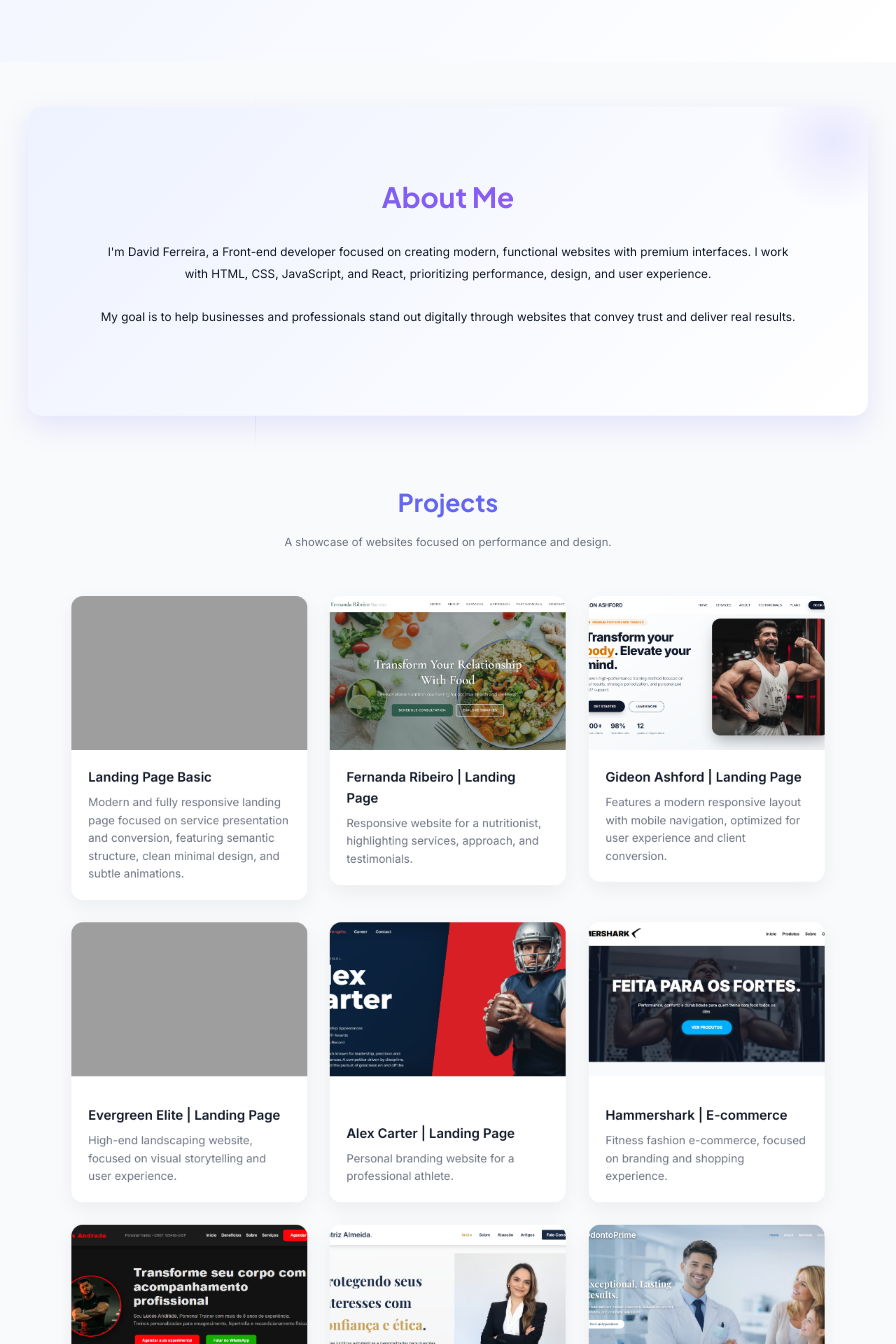
Repository: davidfsillva/portifolio
Page: index.html
An editor plug-in stored every save of this project. The page is shown before and after a run of saves, followed by the edit.
The browser window is 1280 px wide. The pictures show the part of the page from y = 632 to 2552 px (the page is 3843 px tall), at 70% of full size.
Pictures or frames that could not be fetched are drawn as grey boxes.

Above is the page before, as saved 2026-02-21 18:31:04.
Console error: TypeError: Cannot read properties of null (reading 'addEventListener')

### index.html
<!DOCTYPE html>
<html lang="en">
<head>
    <meta charset="UTF-8">
    <meta name="viewport" content="width=device-width, initial-scale=1.0">

    <title>David Ferreira | Front-end Developer & Premium UI Designer</title>

    <!-- Primary SEO -->
    <meta name="description" content="David Ferreira is a front-end developer specialized in premium interfaces, high-conversion landing pages, and modern digital experiences.">
    <meta name="keywords" content="Front-end Developer, Web Designer, UI Designer, Landing Page, Web Development, Freelancer Brazil">
    <meta name="author" content="David Ferreira">
    <meta name="robots" content="index, follow">
    <link rel="canonical" href="https://davidfsillva.github.io/portifolio/">

    <!-- Open Graph (Facebook, LinkedIn) -->
    <meta property="og:title" content="David Ferreira | Premium Front-end Developer">
    <meta property="og:description" content="High-standard digital interfaces focused on performance and conversion.">
    <meta property="og:image" content="https://yourdomain.com/preview.jpg">
    <meta property="og:url" content="https://davidfsillva.github.io/portifolio/">
    <meta property="og:type" content="website">

    <!-- Twitter Card -->
    <meta name="twitter:card" content="summary_large_image">
    <meta name="twitter:title" content="David Ferreira | Web Developer">
    <meta name="twitter:description" content="Premium web development focused on performance and modern design.">
    <meta name="twitter:image" content="https://yourdomain.com/preview.jpg">

    <!-- Favicon -->
    <link rel="icon" href="img/icon.png" type="image/x-icon">

    <!-- Fonts -->
    <link href="https://fonts.googleapis.com/css2?family=Inter:wght@300;400;600&family=Plus+Jakarta+Sans:wght@700;800&display=swap" rel="stylesheet">

    <!-- Font Awesome -->
    <link rel="stylesheet" href="https://cdnjs.cloudflare.com/ajax/libs/font-awesome/6.5.0/css/all.min.css" integrity="sha512-..." crossorigin="anonymous" referrerpolicy="no-referrer" />

    <link rel="stylesheet" href="style.css">
</head>

<body>

    <!-- NAVBAR -->
    <nav class="navbar">
        <div class="logo"><a href="#">David | Web Developer<span>.</span></a></div>

        <ul class="nav-links">
            <li><a href="#about">About</a></li>
            <li><a href="#portfolio">Projects</a></li>
            <li><a href="#contact" class="btn-sm">Contact</a></li>
        </ul>
    </nav>

    <!-- HERO -->
    <section class="hero">
        <div class="hero-content">
            <h1>Creating high-level digital <span> with code experiences</span></h1>
            <p>Front-end developer specialized in high-standard interfaces and landing pages focused on results.</p>
            <div class="hero-btns">
                <a href="#portfolio" class="btn-primary">See Projects</a>
                <a href="#contact" class="btn-secondary">Let's Talk</a>
            </div>
        </div>
        <div class="hero-visual">
            <div class="hero-glow"></div>
        </div>
    </section>

    <!-- ABOUT -->
    <section id="about" class="section">
        <h2>About Me</h2>
        <p>I'm David Ferreira, a Front-end developer focused on creating modern, functional websites with premium interfaces. I work with HTML, CSS, JavaScript, and React, prioritizing performance, design, and user experience.</p>
        <p>My goal is to help businesses and professionals stand out digitally through websites that convey trust and deliver real results.</p>
    </section>

    <!-- PORTFOLIO -->
    <section id="portfolio" class="portfolio">
        <div class="section-header">
            <h2>Projects</h2>
            <p>A showcase of websites focused on performance and design.</p>
        </div>
        <div class="portfolio-grid">

                                    <!--Project 10-->
            <a href="https://davidfsillva.github.io/Jason-Brooks/" target="_blank" class="project-link">
                <div class="project-card">
                    <div class="card-image">
                        <img src="img/" alt="Gideon Ashford">
                        <div class="card-overlay"><span>View Details</span></div>
                    </div>
                    <div class="card-info">
                        <h3>Landing Page Basic</h3>
                        <p>Modern and fully responsive landing page focused on service presentation and conversion, featuring semantic structure, clean minimal design, and subtle animations.</p>
                    </div>
                </div>
            </a>

                                    <!--Project 9-->
            <a href="https://davidfsillva.github.io/Fernanda-Ribeiro/" target="_blank" class="project-link">
                <div class="project-card">
                    <div class="card-image">
                        <img src="img/nutri.png" alt="Gideon Ashford">
                        <div class="card-overlay"><span>View Details</span></div>
                    </div>
                    <div class="card-info">
                        <h3>Fernanda Ribeiro | Landing Page</h3>
                        <p>Responsive website for a nutritionist, highlighting services, approach, and testimonials.</p>
                    </div>
                </div>
            </a>

                                    <!--Project 8-->
            <a href="https://davidfsillva.github.io/Gideon-Ashford/" target="_blank" class="project-link">
                <div class="project-card">
                    <div class="card-image">
                        <img src="img/gideon.png" alt="Gideon Ashford">
                        <div class="card-overlay"><span>View Details</span></div>
                    </div>
                    <div class="card-info">
                        <h3>Gideon Ashford | Landing Page</h3>
                        <p>Features a modern responsive layout with mobile navigation, optimized for user experience and client conversion.</p>
                    </div>
                </div>
            </a>

            <!-- Project 6 -->
            <a href="https://davidfsillva.github.io/Evergreen-Elite-Landscaping/" target="_blank" class="project-link">
                <div class="project-card">
                    <div class="card-image">
                        <img src="img/lndg.png" alt="Alex Carter Project">
                        <div class="card-overlay"><span>View Details</span></div>
                    </div>
                    <div class="card-info">
                        <h3>Evergreen Elite | Landing Page</h3>
                        <p>High-end landscaping website, focused on visual storytelling and user experience.</p>
                    </div>
                </div>
            </a>

            <!-- Project 1 -->
            <a href="https://davidfsillva.github.io/Alex-Carter/" target="_blank" class="project-link">
                <div class="project-card">
                    <div class="card-image">
                        <img src="img/alex.png" alt="Alex Carter Project">
                        <div class="card-overlay"><span>View Details</span></div>
                    </div>
                    <div class="card-info">
                        <h3>Alex Carter | Landing Page</h3>
                        <p>Personal branding website for a professional athlete.</p>
                    </div>
                </div>
            </a>

            <!-- Project 2 -->
            <a href="https://davidfsillva.github.io/e-hammershark/" target="_blank" class="project-link">
                <div class="project-card">
                    <div class="card-image">
                        <img src="img/ecomerce.png" alt="Hammershark Project">
                        <div class="card-overlay"><span>View Details</span></div>
                    </div>
                    <div class="card-info">
                        <h3>Hammershark | E-commerce</h3>
                        <p>Fitness fashion e-commerce, focused on branding and shopping experience.</p>
                    </div>
                </div>
            </a>

            <!-- Project 3 -->
            <a href="https://davidfsillva.github.io/landing-page/" target="_blank" class="project-link">
                <div class="project-card">
                    <div class="card-image">
                        <img src="img/landingpage.png" alt="Landing Page Project">
                        <div class="card-overlay"><span>View Details</span></div>
                    </div>
                    <div class="card-info">
                        <h3>Lucas Andrade | Landing Page</h3>
                        <p>Strategic landing page for lead generation and conversion.</p>
                    </div>
                </div>
            </a>

            <!-- Project 4 -->
            <a href="https://davidfsillva.github.io/beatriz-almeida-adv/" target="_blank" class="project-link">
                <div class="project-card">
                    <div class="card-image">
                        <img src="img/adv.png" alt="Beatriz Almeida Law Firm Project">
                        <div class="card-overlay"><span>View Details</span></div>
                    </div>
                    <div class="card-info">
                        <h3>Beatriz Almeida | Institutional Website</h3>
                        <p>Institutional website conveying authority and trust.</p>
                    </div>
                </div>
            </a>

                        <!-- Project 7 -->
            <a href="https://davidfsillva.github.io/OdontoPrime/" target="_blank" class="project-link">
                <div class="project-card">
                    <div class="card-image">
                        <img src="img/odonto.png" alt="Beatriz Almeida Law Firm Project">
                        <div class="card-overlay"><span>View Details</span></div>
                    </div>
                    <div class="card-info">
                        <h3>OdontoPrime | Institutional Website</h3>
                        <p>Example of a modern dental clinic website featuring a clean</p>
                    </div>
                </div>
            </a>

            <!-- Project 5 -->
            <a href="https://davidfsillva.github.io/Hailey-Reed-Coaching/" target="_blank" class="project-link">
                <div class="project-card">
                    <div class="card-image">
                        <img src="img/Hailey.png" alt="Beatriz Almeida Law Firm Project">
                        <div class="card-overlay"><span>View Details</span></div>
                    </div>
                    <div class="card-info">
                        <h3>Hailey Reed | Landing Page </h3>
                        <p>Modern, responsive landing page designed to showcase personal training services and drive direct conversions.</p>
                    </div>
                </div>
            </a>
        </div>
    </section>

    <!-- CTA / CONTACT -->
    <section id="contact" class="cta-section">
        <h2>Ready to elevate your digital presence?</h2>
        <p>Turn your idea into a high-standard digital interface.</p>
        <a href="https://wa.me/5511990242453" target="_blank" class="btn-whatsapp">Start a WhatsApp Conversation</a>
    </section>

    <!-- FOOTER -->
    <footer>
        <div class="footer-content">
            <p>&copy; 2026 David Ferreira. All rights reserved.</p>
            <div class="social-links">
                <a href="mailto:davidfsillva@icloud.com" target="_blank" rel="noopener noreferrer"><i class="fa-solid fa-envelope"></i></a>
                <a href="https://www.instagram.com/david_websites?igsh=MWdmZWJ3MW80N3JsNQ==" target="_blank" rel="noopener noreferrer"><i class="fa-brands fa-instagram"></i></a>
            </div>
        </div>
    </footer>

    <script src="scripts.js"></script>
</body>
</html>

Loaded but not shown: scripts.js (103 lines, source omitted); style.css (643 lines, source omitted)

After the next 3 saves:
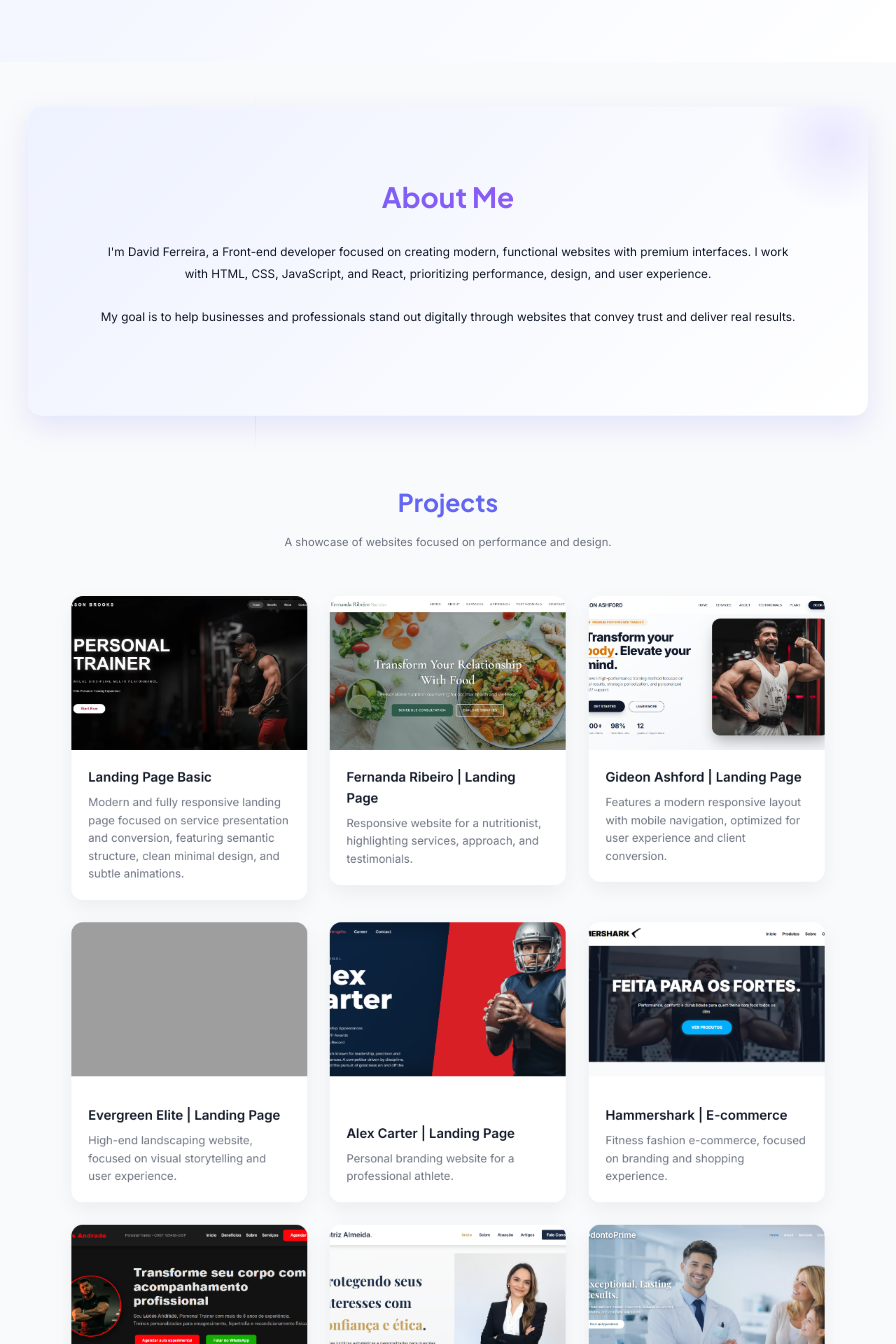
The 3 saves are shown as one change because they came seconds apart.
The last was saved 11 s later.
--- a/index.html
+++ b/index.html
@@ -85,7 +85,7 @@
             <a href="https://davidfsillva.github.io/Jason-Brooks/" target="_blank" class="project-link">
                 <div class="project-card">
                     <div class="card-image">
-                        <img src="img/" alt="Gideon Ashford">
+                        <img src="img/jason.webp" alt="Gideon Ashford">
                         <div class="card-overlay"><span>View Details</span></div>
                     </div>
                     <div class="card-info">
@@ -99,7 +99,7 @@
             <a href="https://davidfsillva.github.io/Fernanda-Ribeiro/" target="_blank" class="project-link">
                 <div class="project-card">
                     <div class="card-image">
-                        <img src="img/nutri.png" alt="Gideon Ashford">
+                        <img src="img/nutri.webp" alt="Gideon Ashford">
                         <div class="card-overlay"><span>View Details</span></div>
                     </div>
                     <div class="card-info">
